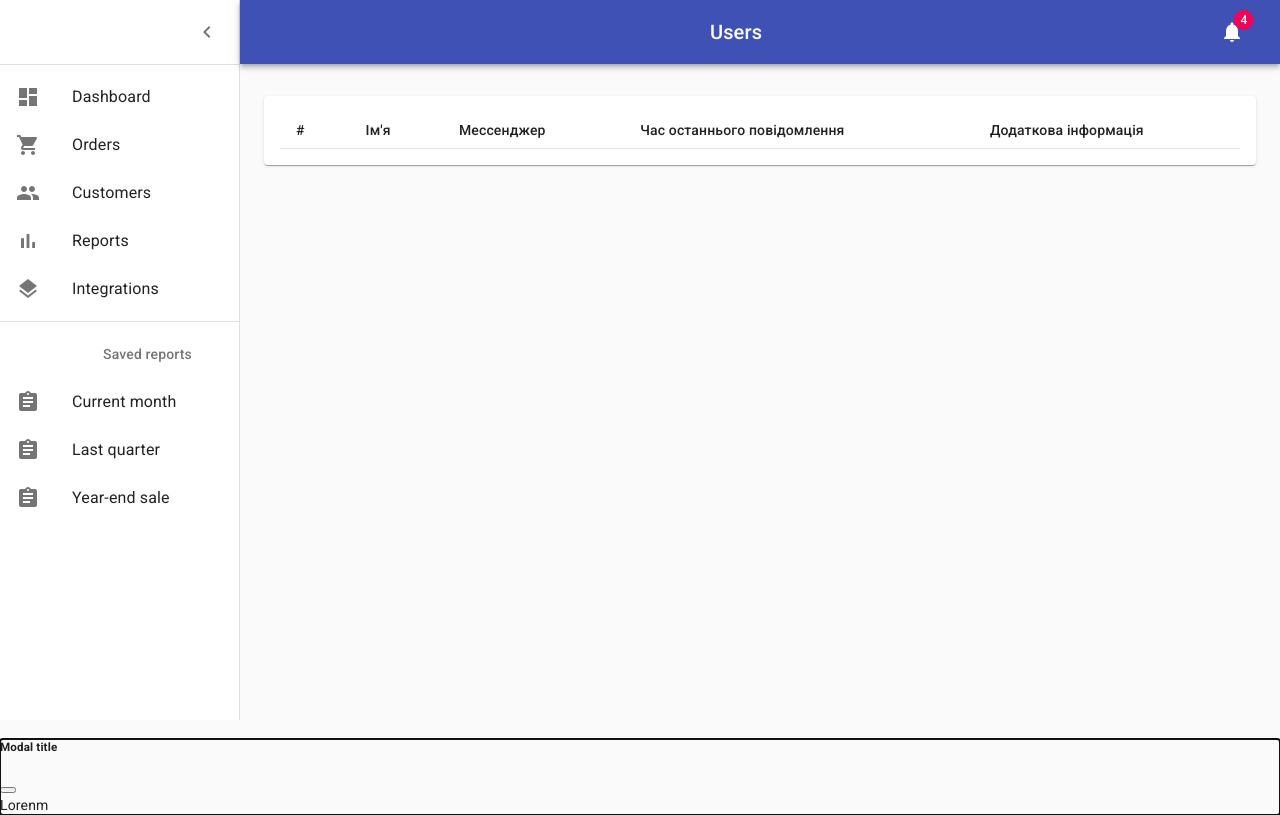
Repository: andbilous/users-task
Page: /
These files come from the project's save history. The page is drawn as it stood at one moment and after a run of saves; the edit follows.
The browser window is 1280 px wide. The pictures show the whole page.
The page's requests for data from a server got no answer. The project was rebuilt for these pictures with package versions that can differ from the ones it lists, and the page was loaded fresh each time. No one was signed in, and anything a server would have sent is missing.

Above is the page before, as saved 2020-05-08 11:35:30.

After the next 8 saves:
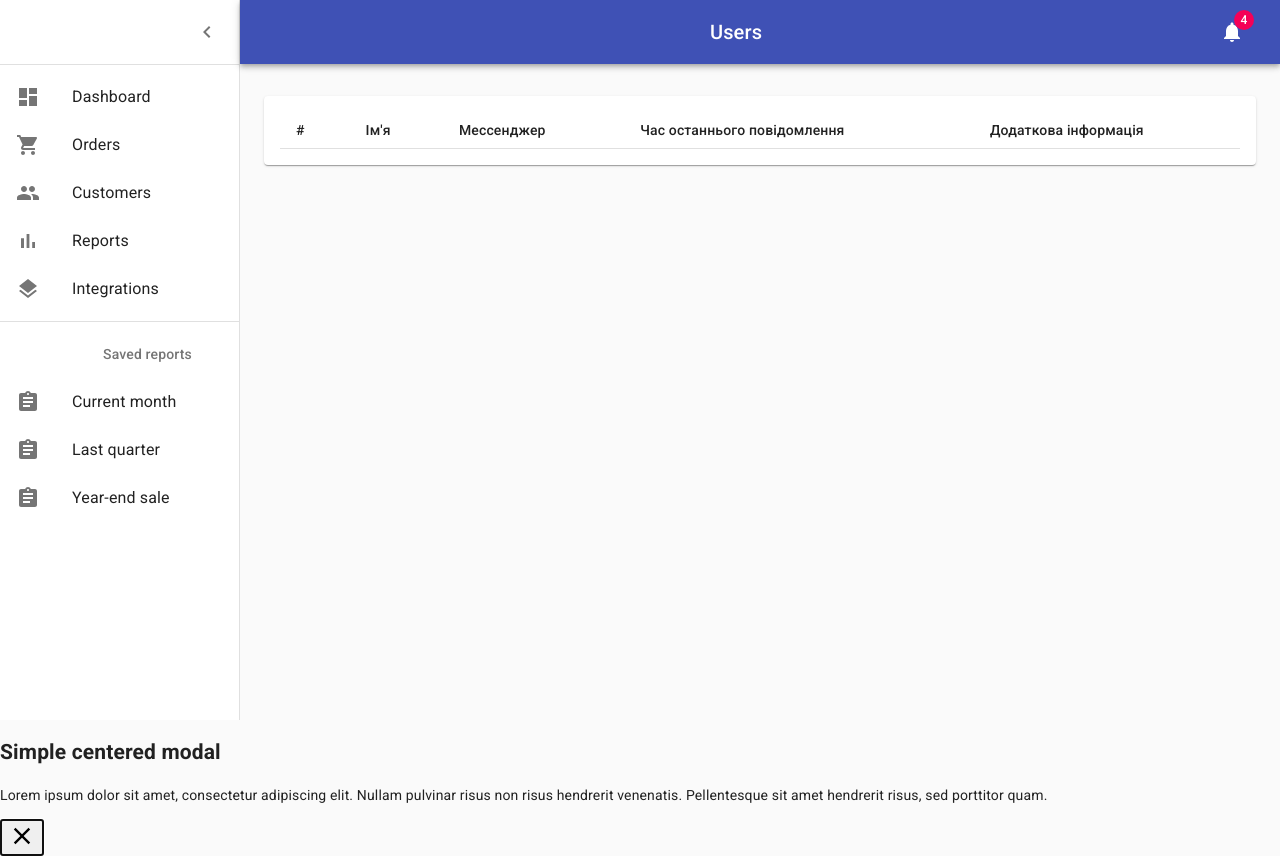
The 8 saves are shown as one change because 3 did not build or start and some came seconds apart.
The last was saved 2 min 11 s later.
--- a/src/components/Modal.js
+++ b/src/components/Modal.js
@@ -1,26 +1,22 @@
 import React from 'react';
 // import {ModalHeader,ModalBody,Modal,Row,Col,Card} from 'reactstrap';
-import {Row,Col,Card,CardBody,Modal,ModalBody,ModalHeader} from 'reactstrap';
+// import {Row,Col,Card,CardBody,Modal,ModalBody,ModalHeader} from 'reactstrap';
+import { Modal } from "react-responsive-modal";
 
 
 
  const ModalComponent = ({classes,open,handleDrawerOpen,toggle}) => {
   return (
-    <Row>
-      <Col>
-      <Card>
-        <CardBody>
-        <Modal isOpen={open} toggle={toggle}>
-    <ModalHeader toggle={toggle}>Modal title</ModalHeader>
-    <ModalBody>
-      Lorenm
-    </ModalBody>
+    <Modal open={open}
+    // onClose={this.onCloseModal}
+    >
+    <h2>Simple centered modal</h2>
+    <p>
+      Lorem ipsum dolor sit amet, consectetur adipiscing elit. Nullam
+      pulvinar risus non risus hendrerit venenatis. Pellentesque sit amet
+      hendrerit risus, sed porttitor quam.
+    </p>
   </Modal>
-        </CardBody>
-      </Card>
-      </Col>
-    </Row>
-
 
   )
 }
